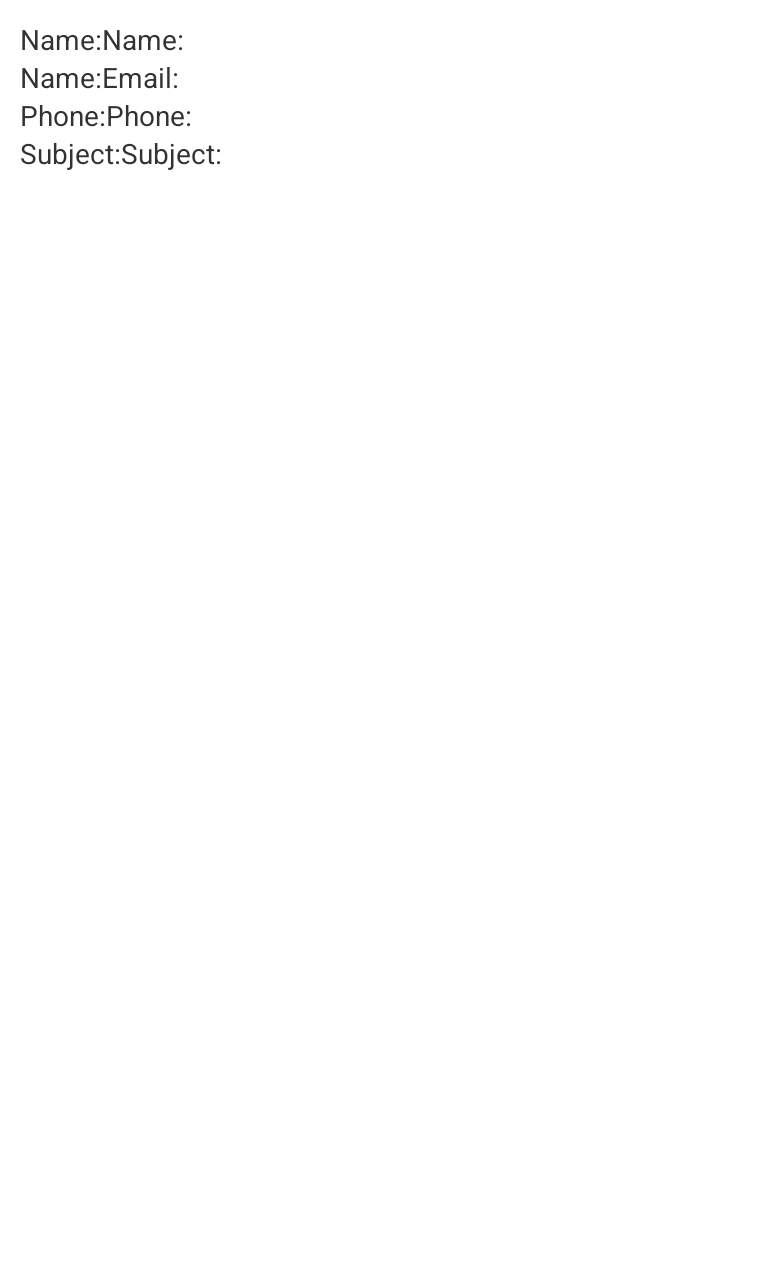
Repository: Pradeep-appstute/First
Layout: Control/res/layout/fragment_submit.xml
An editor plug-in stored every save of this project. The layout is shown before and after the next save, followed by the edit.
It is drawn on a 768 x 1280 px phone screen (xhdpi) without system bars, with theme AppTheme; the app's code is not run.

Above is the layout before, as saved 2014-02-24 11:13:27.

### Control/res/layout/fragment_submit.xml
<?xml version="1.0" encoding="utf-8"?>
<LinearLayout xmlns:android="http://schemas.android.com/apk/res/android"
    android:layout_width="match_parent"
    android:layout_height="match_parent"
    android:orientation="vertical"
    android:padding="10dip" >

    <TableRow
        android:layout_width="match_parent"
        android:layout_height="wrap_content" >

        <TextView
            android:layout_width="wrap_content"
            android:layout_height="wrap_content"
            android:text="@string/name" />

        <TextView
            android:id="@+id/textViewNameValue"
            android:layout_width="wrap_content"
            android:layout_height="wrap_content"
            android:text="@string/name" />
    </TableRow>

    <TableRow
        android:layout_width="match_parent"
        android:layout_height="wrap_content" >

        <TextView
            android:layout_width="wrap_content"
            android:layout_height="wrap_content"
            android:text="@string/name" />

        <TextView
            android:id="@+id/textViewEmailValue"
            android:layout_width="wrap_content"
            android:layout_height="wrap_content"
            android:text="@string/email" />
    </TableRow>

    <TableRow
        android:layout_width="match_parent"
        android:layout_height="wrap_content" >

        <TextView
            android:layout_width="wrap_content"
            android:layout_height="wrap_content"
            android:text="@string/phone" />

        <TextView
            android:id="@+id/textViewPhoneValue"
            android:layout_width="wrap_content"
            android:layout_height="wrap_content"
            android:text="@string/phone" />
    </TableRow>

        <TableRow
        android:layout_width="match_parent"
        android:layout_height="wrap_content" >

        <TextView
            android:layout_width="wrap_content"
            android:layout_height="wrap_content"
            android:text="@string/subject" />

        <TextView
            android:id="@+id/textViewPhoneValue"
            android:layout_width="wrap_content"
            android:layout_height="wrap_content"
            android:text="@string/subject" />
    </TableRow>

</LinearLayout>

### Control/res/values/strings.xml
<?xml version="1.0" encoding="utf-8"?>
<resources>

    <string name="app_name">ISC Control</string>
    <string name="action_settings">Settings</string>
    <string name="Login">Login</string>
    <string name="forgotusername">Forgot Username</string>
    <string name="forgotpassword">Forgot Password</string>

    <!-- AlertDialog -->
    <string name="ok">OK</string>
    <string name="yes">YES</string>
    <string name="no">NO</string>
    <!-- Slider Menu -->
    <string name="emptystring">Control</string>
    <string name="textViewListHeaderMSG">MASERGY</string>

    <!-- Submit Screen -->
    <string name="name">Name:</string>
    <string name="email">Email:</string>
    <string name="phone">Phone:</string>
    <string name="subject">Subject:</string>
    <string name="bundle">Bundle:</string>
    <string name="description">Description:</string>
    <string name="createticket">Create Tciket</string>

    <!-- Ticket Detail Screen -->
    <string name="ticketdetails_subject">Subject:</string>
    <string name="ticketdetails_submittedby">Submitted by:</string>
    <string name="ticketdetails_lastupdated">Last Updated:</string>
    <string name="ticketdetails_comments">Comments</string>
    <string name="ticketdetails_ticketsId">Ticket ID</string>
    <string name="ticketdetails_status">Status</string>
    <string name="ticketdetails_next">Next</string>
    <string name="ticketdetails_prev">Previous</string>

    <!-- Service Detail Screen -->
    <string name="servicedetails_headertitle">Select Service</string>
    <string name="servicedetails_title">Select desired bandwidth:</string>
    <string name="servicedetails_bundleid">Bundle ID:</string>
    <string name="servicedetails_services">Services:</string>
    <string name="servicedetails_site">Site:</string>
    <string name="servicedetails_bandwidth">Bandwidth:</string>
    <string name="servicedetails_contract">Contract</string>
    <string name="servicedetails_current">Current</string>
    <string name="servicedetails_changeto">Change to</string>
    <string name="servicedetails_title2">(Cannot be less than contract bandwidth)</string>
    <string name="servicedetails_back">Back</string>
    <string name="servicedetails_submit">Submit</string>

     <!-- Doppler IM Screen -->
    <string name="dopplerim_headertitle">Doppler IM</string>
    <string name="dopplerim_noresponsemessage">Masergy Doppler Infrastructure Management provides secure, robust infrastructure monitoring for your LAN and WAN environments.\n\nThis managed cloud service allows you to offload network infrastructure monitoring to Masergy so your IT department can focus on strategic initiatives.</string>
</resources>

Loaded but not shown: Control/res/values/styles.xml (common file); Control/res/values-v11/styles.xml (common file); Control/res/values-v14/styles.xml (common file)

After the next save:
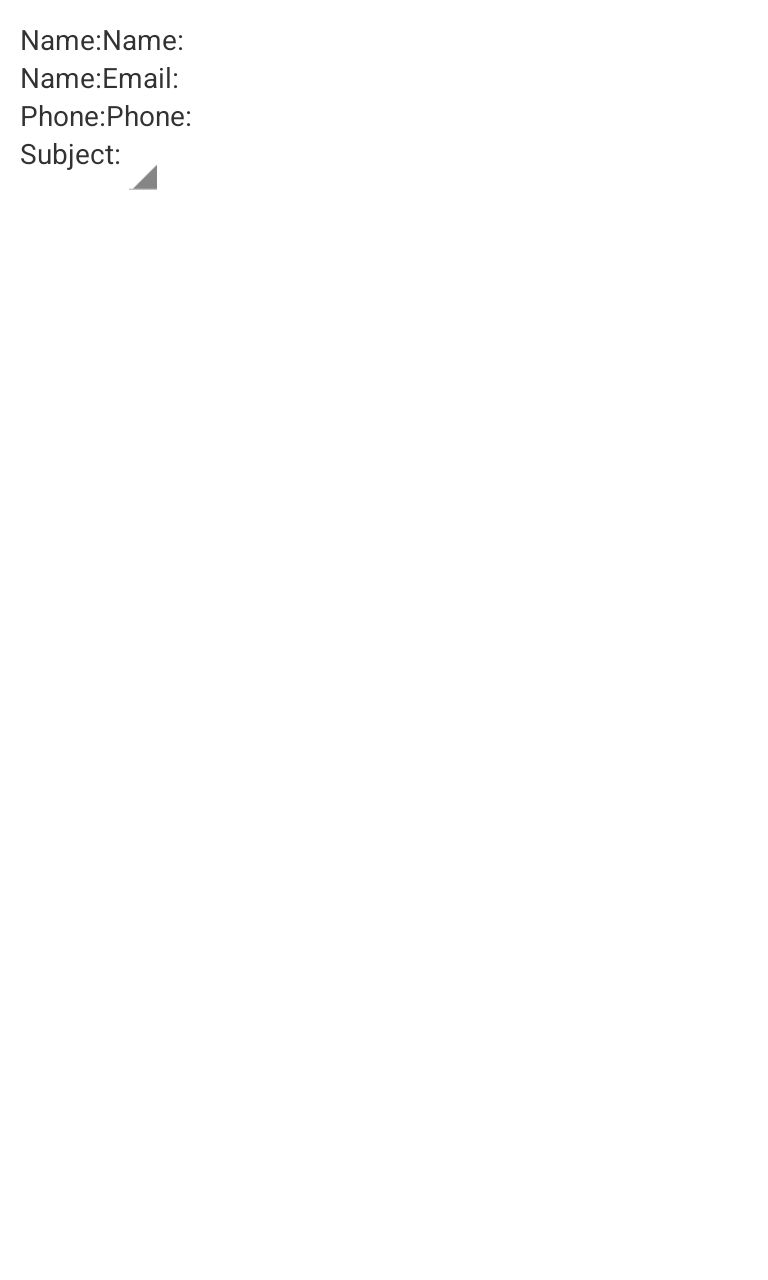
Saved 68 s later.
--- a/Control/res/layout/fragment_submit.xml
+++ b/Control/res/layout/fragment_submit.xml
@@ -62,11 +62,11 @@
             android:layout_height="wrap_content"
             android:text="@string/subject" />
 
-        <TextView
-            android:id="@+id/textViewPhoneValue"
+        <Spinner
+            android:id="@+id/spinnerSubject"
             android:layout_width="wrap_content"
-            android:layout_height="wrap_content"
-            android:text="@string/subject" />
+            android:layout_height="wrap_content" />
+
     </TableRow>
 
 </LinearLayout>
